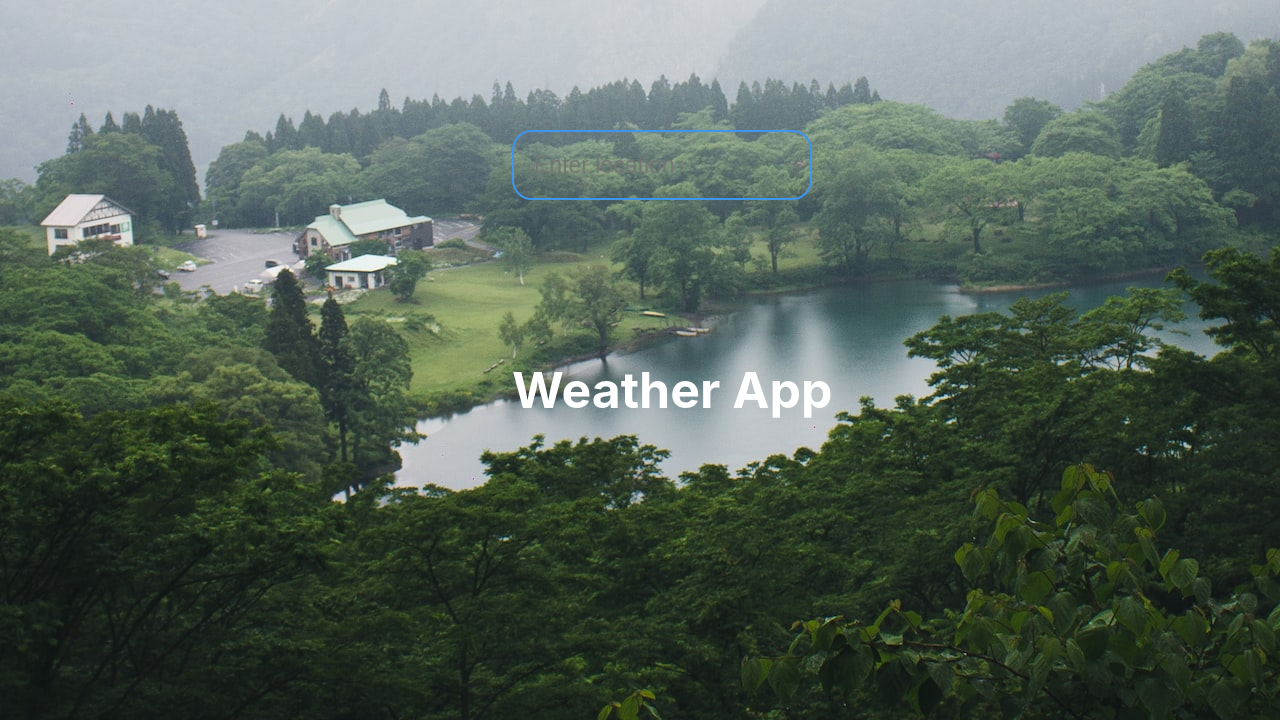
Repository: RenataDzotova/WeatherForecast
Page: /
These files come from the project's save history. The page is drawn as it stood at one moment and after the next save; the edit follows.
The browser window is 1280 px wide. The pictures show the whole page.
The project was rebuilt for these pictures with package versions that can differ from the ones it lists, and the page was loaded fresh each time. The framework's server and built-in components were replaced by stand-ins that run in the browser. Also part of the build but not shown: next.config.js, styles/Home.module.css.

Above is the page before, as saved 2023-01-19 16:35:59.

After the next save:
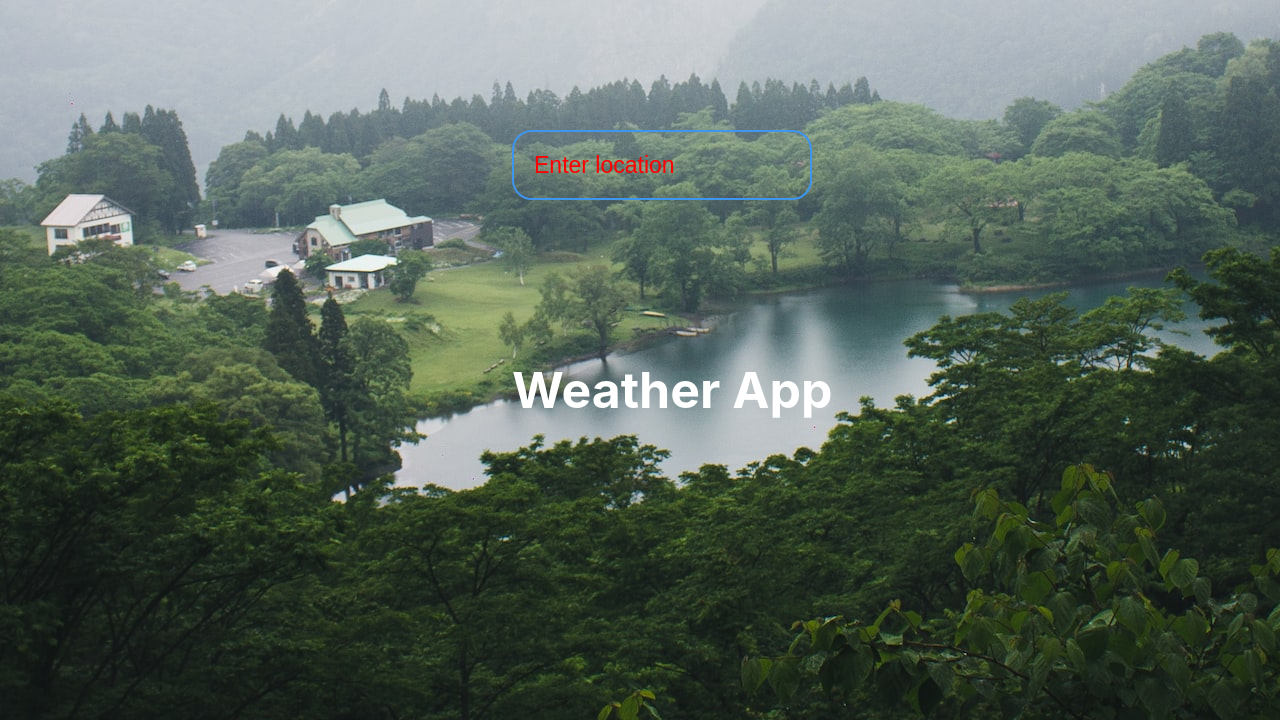
Saved 62 s later.
--- a/styles/globals.css
+++ b/styles/globals.css
@@ -38,8 +38,9 @@ a {
   color: rgb(14, 40, 66);
   border: 2px solid rgb(62, 150, 239);
 }
-.inputStyle:placeholder{
-  color: rgb(14, 40, 66);
+::placeholder {
+  color: red;
+  opacity: 1; /* Firefox */
 }
 
 * {
